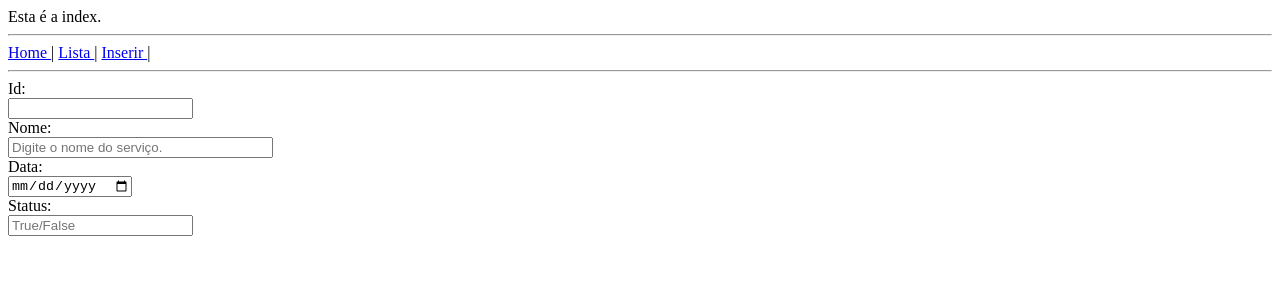
Repository: vivian-nakano/Projetos-Spring
Page: webmvc/src/main/resources/index.html
The author's editor kept a copy of each file at every save. The page is drawn from the files as they stood at one save, then again after the next save.
The browser window is 1280 px wide. The pictures show the whole page.

Above is the page before, as saved 2020-11-05 12:15:33.

After the next save:
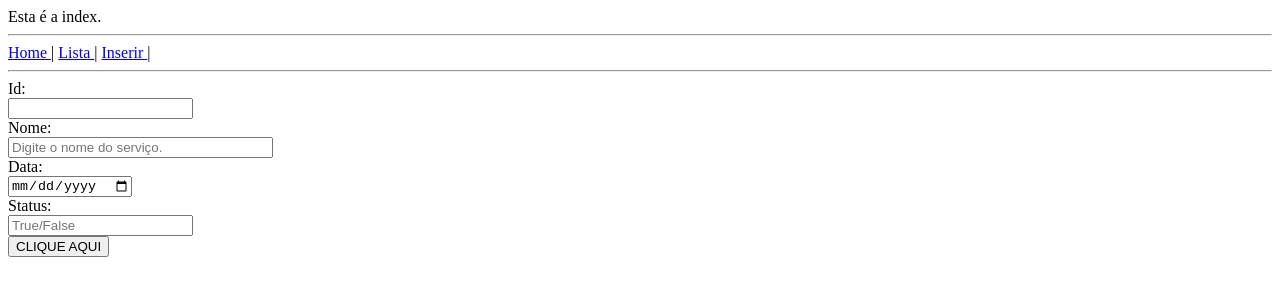
Saved 112 s later.
--- a/webmvc/src/main/resources/index.html
+++ b/webmvc/src/main/resources/index.html
@@ -20,6 +20,8 @@
 	Data: <br><input type="date" name="" required> <br>
 	Status: <br><input type="text" name="" placeholder="True/False"> <br>
 
+	<button> CLIQUE AQUI </button>
+
 	</form>
 
 </body>
